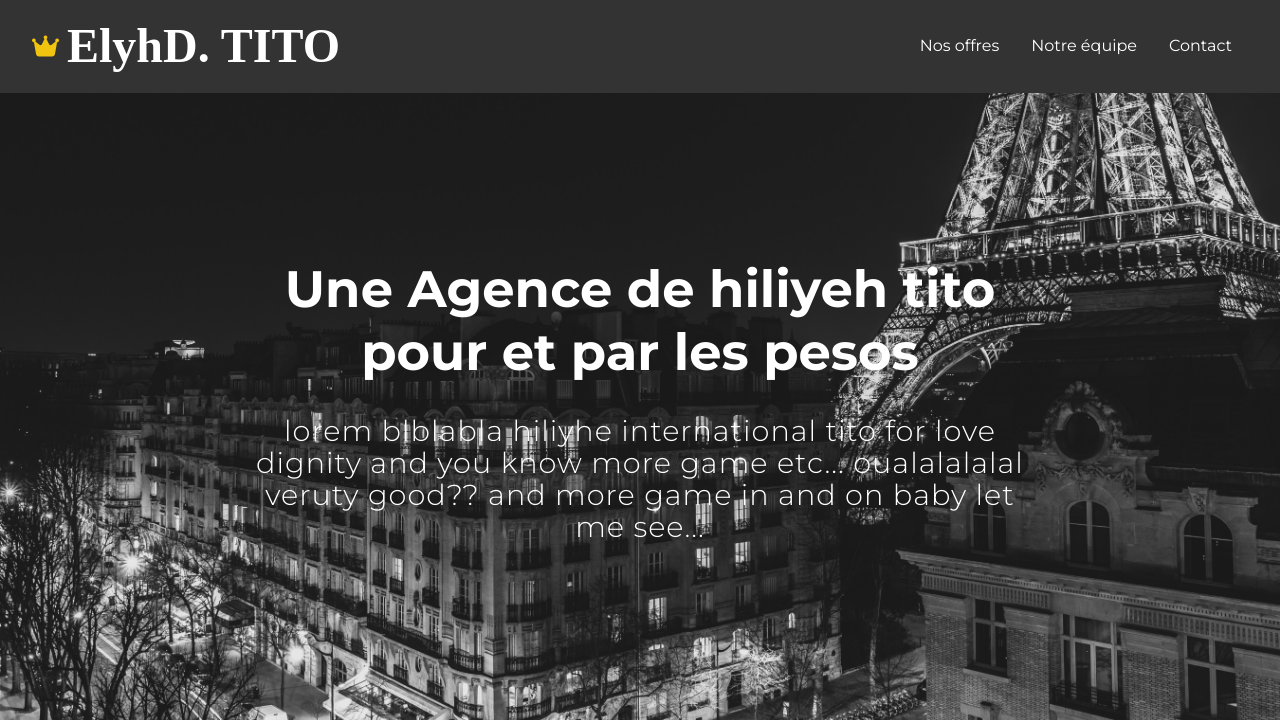
Repository: Hiliyeh/immo
Page: index.html
An editor plug-in stored every save of this project. The page is shown before and after the next save, followed by the edit.
The browser window is 1280 px wide. The pictures show the whole page.
Some web fonts or font styles are not loaded; a fallback is used. Some web libraries are served in a nearby version.

Above is the page before, as saved 2020-05-05 13:08:44.

After the next save:
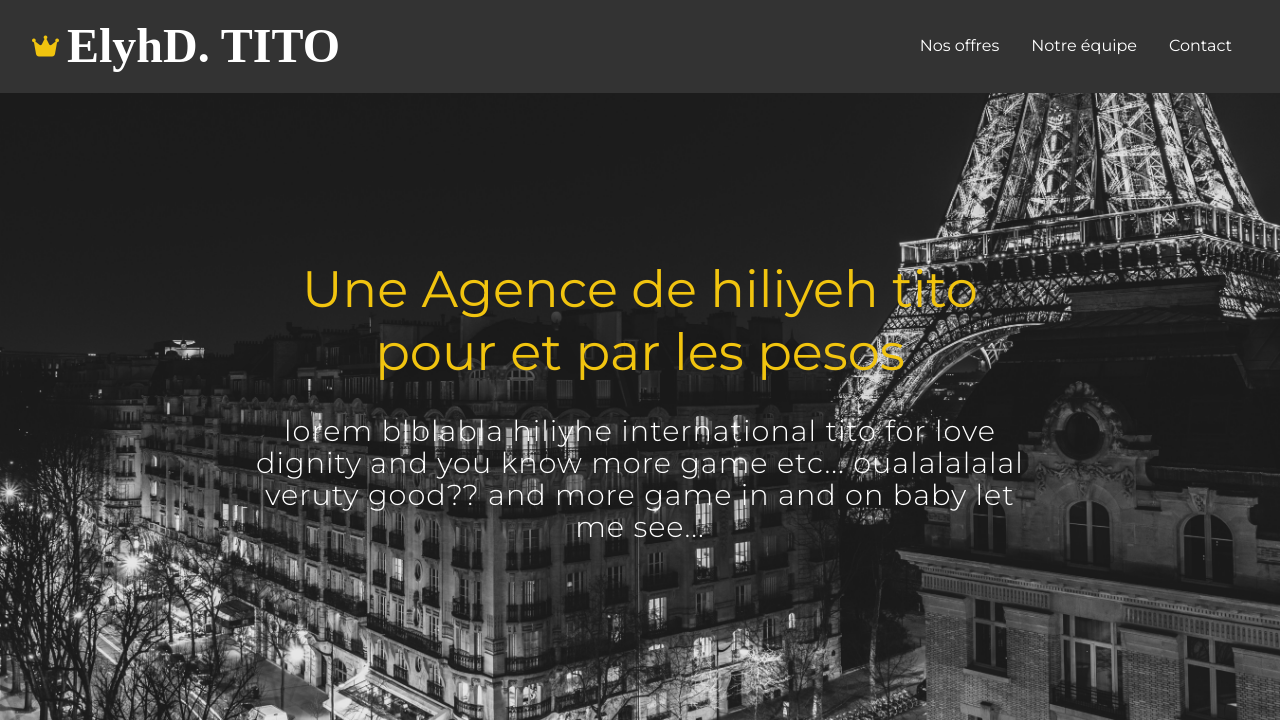
Saved 15 s later.
--- a/index.html
+++ b/index.html
@@ -37,7 +37,7 @@
       <section class="vp">
         <div class="vp-content">
           <h1>
-            <string>Une Agence de hiliyeh tito pour et par les pesos</string>
+            <strong>Une Agence de hiliyeh tito pour et par les pesos</strong>
           </h1>
           <p>
             lorem blblabla hiliyhe international tito for love dignity and you
